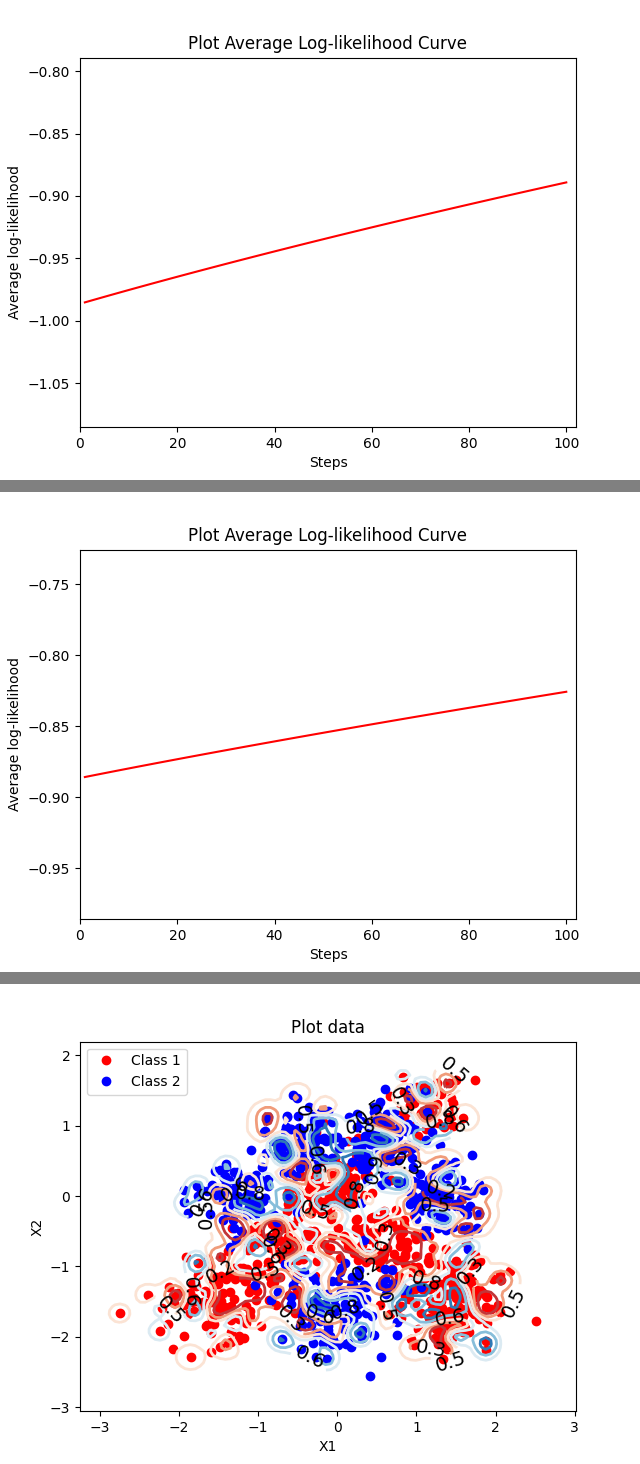
Repository: DhruvTrehan03/3F8
Script's output: python Lab.py
These files come from the project's save history. The script's output is drawn as it stood at one moment and after the next save; the edit follows.
Each picture stacks the figures in order, with grey between them; figures that are only written to a file come last. Random numbers start from a fixed seed.

Above is the script's output before, as saved 2024-02-16 12:55:36.

### Lab.py
import numpy as np
import matplotlib.pyplot as plt

def logistic(x):
    return 1.0 / (1.0 + np.exp(-x))

def plot_data_internal(X, y):
    x_min, x_max = X[ :, 0 ].min() - .5, X[ :, 0 ].max() + .5
    y_min, y_max = X[ :, 1 ].min() - .5, X[ :, 1 ].max() + .5
    xx, yy = np.meshgrid(np.linspace(x_min, x_max, 100), np.linspace(y_min, y_max, 100))
    plt.figure()
    plt.xlim(xx.min(None), xx.max(None))
    plt.ylim(yy.min(None), yy.max(None))
    ax = plt.gca()
    ax.plot(X[y == 0, 0], X[y == 0, 1], 'ro', label = 'Class 1')
    ax.plot(X[y == 1, 0], X[y == 1, 1], 'bo', label = 'Class 2')
    plt.xlabel('X1')
    plt.ylabel('X2')
    plt.title('Plot data')
    plt.legend(loc = 'upper left', scatterpoints = 1, numpoints = 1)
    return xx, yy

def plot_data(X, y):
    xx, yy = plot_data_internal(X, y)
    plt.show()

def log_likelihood (y, X, B):
    L= np.prod(np.power(sigmoid(X@B),(y)) * np.power(sigmoid(X@B),(1-y)))
    # for i in range(len(X[:,0])):
    #     L *= (sigmoid(B.T@X[i,:].T)**y[i])*(sigmoid(-B.T@X[i,:].T)**(1-y[i]))
    LL = np.log(L)
    return LL

def predict(X_tilde, w):
    return logistic(np.dot(X_tilde, w))

def get_x_tilde(X):
    return np.concatenate((np.ones((X.shape[ 0 ], 1 )), X), 1)

def plot_ll(ll):
    plt.figure()
    ax = plt.gca()
    plt.xlim(0, len(ll) + 2)
    plt.ylim(min(ll) - 0.1, max(ll) + 0.1)
    ax.plot(np.arange(1, len(ll) + 1), ll, 'r-')
    plt.xlabel('Steps')
    plt.ylabel('Average log-likelihood')
    plt.title('Plot Average Log-likelihood Curve')
    plt.show()

def plot_predictive_distribution(X, y, w, map_inputs = lambda x : x):
    xx, yy = plot_data_internal(X, y)
    ax = plt.gca()
    X_tilde = get_x_tilde(map_inputs(np.concatenate((xx.ravel().reshape((-1, 1)), yy.ravel().reshape((-1, 1))), 1)))
    Z = predict(X_tilde, w)
    Z = Z.reshape(xx.shape)
    cs2 = ax.contour(xx, yy, Z, cmap = 'RdBu', linewidths = 2)
    plt.clabel(cs2, fmt = '%2.1f', colors = 'k', fontsize = 14)
    plt.show()

def compute_average_ll(X_tilde, y, w):
    output_prob = predict(X_tilde, w)
    return np.mean(y * np.log(output_prob) + (1 - y) * np.log(1.0 - output_prob))

def fit_w(X_tilde_train, y_train, X_tilde_test, y_test, n_steps, alpha):
    w = np.random.randn(X_tilde_train.shape[ 1 ])
    ll_train = np.zeros(n_steps)
    ll_test = np.zeros(n_steps)
    for i in range(n_steps):
        sigmoid_value = predict(X_tilde_train, w)
        w += alpha * X_tilde_train.T@(y_train-sigmoid_value)     # Gradient-based update rule for w. To be completed by the student
        ll_train[ i ] = compute_average_ll(X_tilde_train, y_train, w)
        ll_test[ i ] = compute_average_ll(X_tilde_test, y_test, w)
        print(ll_train[ i ], ll_test[ i ])

    return w, ll_train, ll_test

def evaluate_basis_functions(l, X, Z):
    X2 = np.sum(X**2, 1)
    Z2 = np.sum(Z**2, 1)
    ones_Z = np.ones(Z.shape[ 0 ])
    ones_X = np.ones(X.shape[ 0 ])
    r2 = np.outer(X2, ones_Z) - 2 * np.dot(X, Z.T) + np.outer(ones_X, Z2)
    return np.exp(-0.5 / l**2 * r2)

def conf_mat(y_test, X_tilde_test, w):
    z = (predict(X_tilde_test, w)>0.5)
    P_0_0 = 0
    P_1_0 = 0
    P_0_1 = 0
    P_1_1 = 0
    for i in range(len(y_test)):
        if y_test[i] == 0:
            if z[i] == 0:
                P_0_0 += 1
            elif z[i] == 1:
                P_1_0 += 1
        if y_test[i] == 1:
            if z[i] == 0:
                P_0_1 += 1
            elif z[i] == 1:
                P_1_1 += 1
    print(np.array([[P_0_0/200, P_1_0/200],[P_0_1/200, P_1_1/200]]))

X = np.loadtxt('X.txt')
y = np.loadtxt('y.txt')
permutation = np.random.permutation(X.shape[ 0 ])
X = X[ permutation, : ]
y = y[ permutation ]

n_train = 800
X_train = X[ 0 : n_train, : ]
X_test = X[ n_train :, : ]
y_train = y[ 0 : n_train ]
y_test = y[ n_train : ]

# Eta = 0.001
# Max_it = 100

# X_tilde_train = get_x_tilde(X_train)
# X_tilde_test = get_x_tilde(X_test)
# w, ll_train, ll_test = fit_w(X_tilde_train, y_train, X_tilde_test, y_test, Max_it, Eta)
# plot_ll(ll_train)
# plot_ll(ll_test)
# plot_predictive_distribution(X, y, w)

l = 0.1 # Width of the Gaussian basis funcction. To be completed by the student

X_tilde_train = get_x_tilde(evaluate_basis_functions(l, X_train, X_train))
X_tilde_test = get_x_tilde(evaluate_basis_functions(l, X_test, X_train))

# We train the new classifier on the feature expanded inputs

alpha = 0.0001 # Learning rate for gradient-based optimisation with basis functions. To be completed by the student
n_steps = 100 # Number of steps of gradient-based optimisation with basis functions. To be completed by the student

w, ll_train, ll_test = fit_w(X_tilde_train, y_train, X_tilde_test, y_test, n_steps, alpha)

# We plot the training and test log likelihoods

plot_ll(ll_train)
plot_ll(ll_test)

# We plot the predictive distribution

plot_predictive_distribution(X, y, w, lambda x : evaluate_basis_functions(l, x, X_train))
conf_mat(y_test, X_tilde_train, w)

### y.txt
0
0
1
1
1
0
1
0
0
1
0
0
1
0
0
1
1
1
0
0
0
0
1
1
1
0
1
1
1
1
0
1
0
1
0
0
0
1
1
0
0
1
1
1
1
1
1
0
0
1
0
0
1
1
1
1
1
1
1
1
1
1
0
1
0
1
0
1
1
1
0
1
0
1
1
1
0
1
0
0
1
1
1
1
0
1
0
0
0
1
0
1
1
1
1
1
1
0
0
1
1
0
0
1
1
1
1
0
0
1
0
0
0
0
1
1
0
1
1
0
0
1
1
1
0
0
1
0
0
1
0
1
0
1
0
0
1
0
0
1
0
1
1
0
1
0
1
1
0
1
1
1
0
0
1
1
1
0
0
0
0
0
1
1
0
0
0
1
1
1
1
1
1
1
1
1
1
0
0
0
1
0
0
1
1
1
1
1
0
0
1
1
0
0
0
0
0
0
1
1
1
0
1
0
1
1
0
0
1
1
0
1
1
1
0
0
0
0
0
1
0
1
1
0
1
0
1
0
0
0
1
0
1
0
1
1
1
0
1
1
1
1
1
1
0
0
0
0
0
0
1
1
1
0
0
0
0
1
0
0
1
1
1
1
1
0
1
1
1
0
0
0
1
1
0
1
0
1
0
0
1
0
1
0
0
0
1
1
1
0
1
1
1
0
0
1
1
0
1
1
0
1
1
0
0
0
0
0
1
1
0
0
1
0
1
1
0
0
1
1
0
0
0
0
0
0
1
0
0
1
0
1
0
0
1
0
0
0
0
0
0
0
1
1
0
0
0
1
0
0
0
1
0
0
0
1
0
1
0
1
0
1
0
0
1
0
0
1
0
0
1
0
1
0
1
1
1
1
1
1
0
0
0
0
0
0
0
1
1
0
0
1
1
0
0
0
0
0
1
0
0
1
0
1
1
1
1
1
0
0
0
1
1
1
1
1
1
1
1
1
1
1
0
0
1
0
0
1
1
0
1
0
0
1
0
1
0
1
0
1
1
1
0
0
0
1
1
1
0
1
1
1
0
1
1
1
1
1
1
1
0
0
0
0
1
0
0
1
1
1
1
1
1
1
1
1
0
0
0
1
1
0
0
1
0
0
0
0
0
0
0
0
1
0
0
0
0
1
0
1
0
0
0
0
0
1
1
1
0
1
0
0
1
0
0
0
1
0
1
0
1
1
0
0
1
1
1
0
0
1
1
1
1
0
1
1
1
1
1
0
1
1
0
0
0
1
0
0
0
0
0
0
0
0
1
0
0
1
1
1
1
0
0
0
1
1
1
1
0
0
1
0
0
0
1
0
1
1
0
1
0
0
1
0
0
1
0
0
0
1
0
0
1
0
0
1
0
0
0
1
0
1
0
0
0
1
0
1
0
1
1
1
0
1
1
0
0
1
1
0
0
1
0
1
0
1
1
1
1
1
0
1
0
0
1
0
1
0
1
1
1
0
0
1
0
1
0
0
1
1
0
0
0
1
0
0
1
1
1
1
0
1
0
0
0
0
1
1
0
0
0
0
1
1
1
1
0
1
0
0
1
0
1
0
0
1
0
1
1
1
1
1
0
0
0
1
0
1
0
0
0
1
0
0
0
1
0
0
1
0
0
0
1
0
1
1
1
1
1
0
1
0
1
1
0
0
0
0
0
0
1
1
0
0
0
1
0
0
0
0
1
1
0
0
0
0
1
0
0
0
0
1
1
0
0
0
1
0
1
0
1
1
1
0
0
1
0
1
1
0
0
1
1
0
0
1
0
1
0
1
0
1
1
0
1
0
0
1
1
0
1
1
1
0
1
0
0
0
1
1
0
1
0
0
0
1
0
0
0
1
0
1
0
1
0
1
1
1
0
1
1
1
0
0
1
0
0
1
0
0
0
1
0
1
1
0
0
1
0
1
0
0
1
0
1
1
1
0
0
0
1
1
0
0
1
1
1
0
1
1
1
1
1
0
0
0
1
0
1
1
0
1
0
1
0
1
1
1
0
1
0
1
0
0
0
1
1
1
1
0
0
0
0
1
1
0
1
0
1
0
0
1
1
1
0
1
1
1
0
0
1
0
1
0
1
0
0
0
1
0
0
0
0
0
0
1
0
0
0
0
0
0
0
1
0
1
1
0
1
0
1
1
1
0
0
1
0
1
0
0
1
1
1
0
1
1
1
1
1
1
1
1
1
1
1
0
0
0
1
1
1
1
1
1
1
0
0
1
0
0
1
0
0
0
0
0
1
0
1
1
0
1
0
0
1
0
0
0
0
1

Loaded but not shown: X.txt (1000 lines, source omitted)

After the next save:
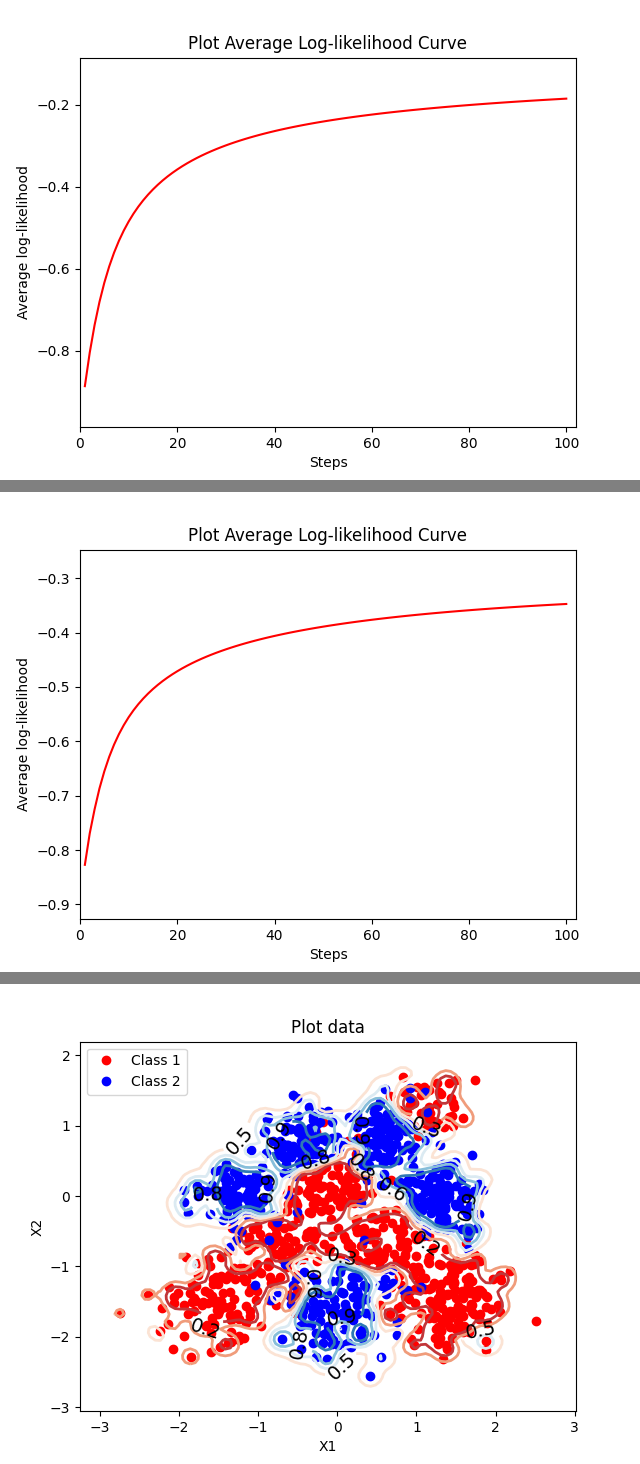
Saved 12 s later.
--- a/Lab.py
+++ b/Lab.py
@@ -131,7 +131,7 @@ X_tilde_test = get_x_tilde(evaluate_basis_functions(l, X_test, X_train))
 
 # We train the new classifier on the feature expanded inputs
 
-alpha = 0.0001 # Learning rate for gradient-based optimisation with basis functions. To be completed by the student
+alpha = 0.01 # Learning rate for gradient-based optimisation with basis functions. To be completed by the student
 n_steps = 100 # Number of steps of gradient-based optimisation with basis functions. To be completed by the student
 
 w, ll_train, ll_test = fit_w(X_tilde_train, y_train, X_tilde_test, y_test, n_steps, alpha)
